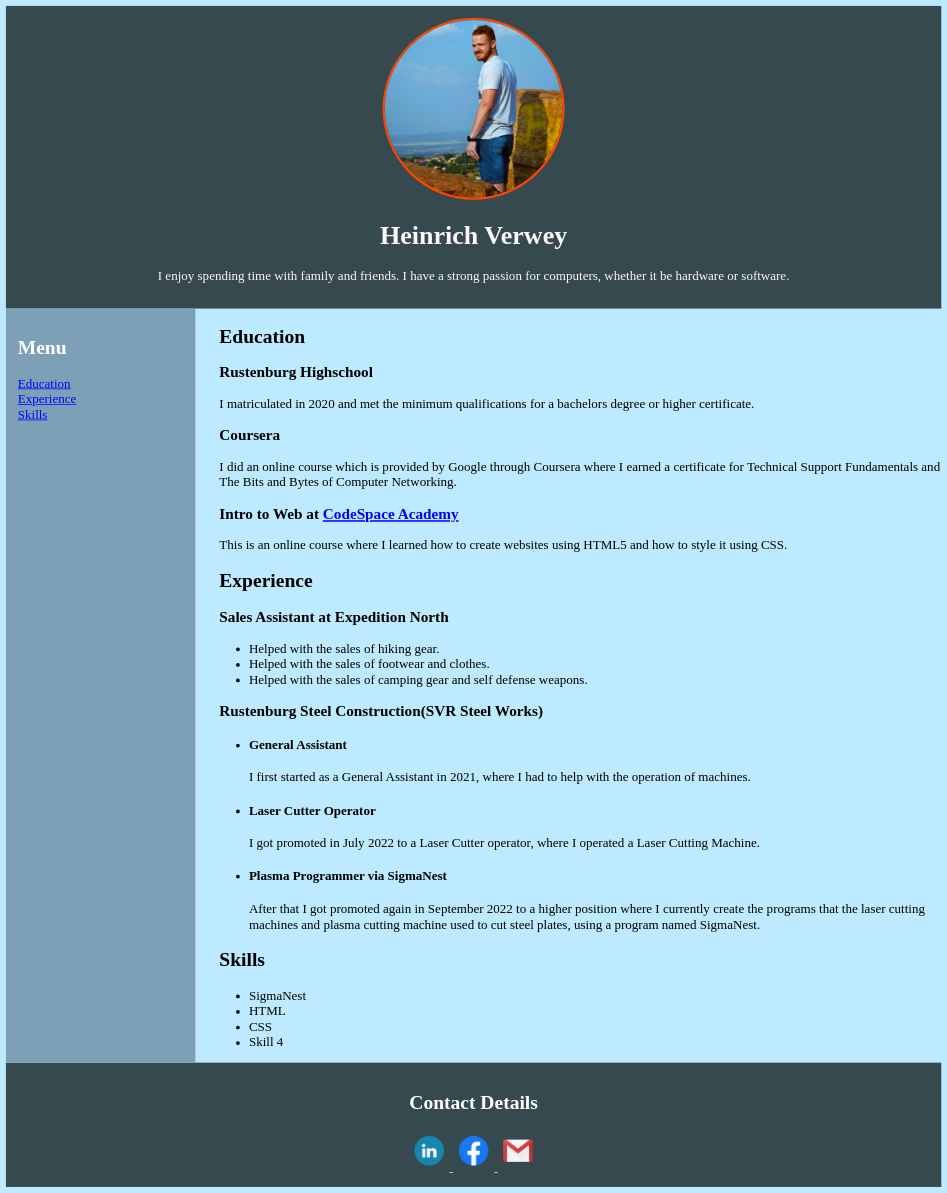
Repository: W3asl3y/IntroToWebDesign
Page: index.html
An editor plug-in stored every save of this project. The page is shown before and after the next save, followed by the edit.
The browser window is 1280 px wide. The pictures show the whole page, at 74% of full size.

Above is the page before, as saved 2022-11-01 22:40:19.

After the next save:
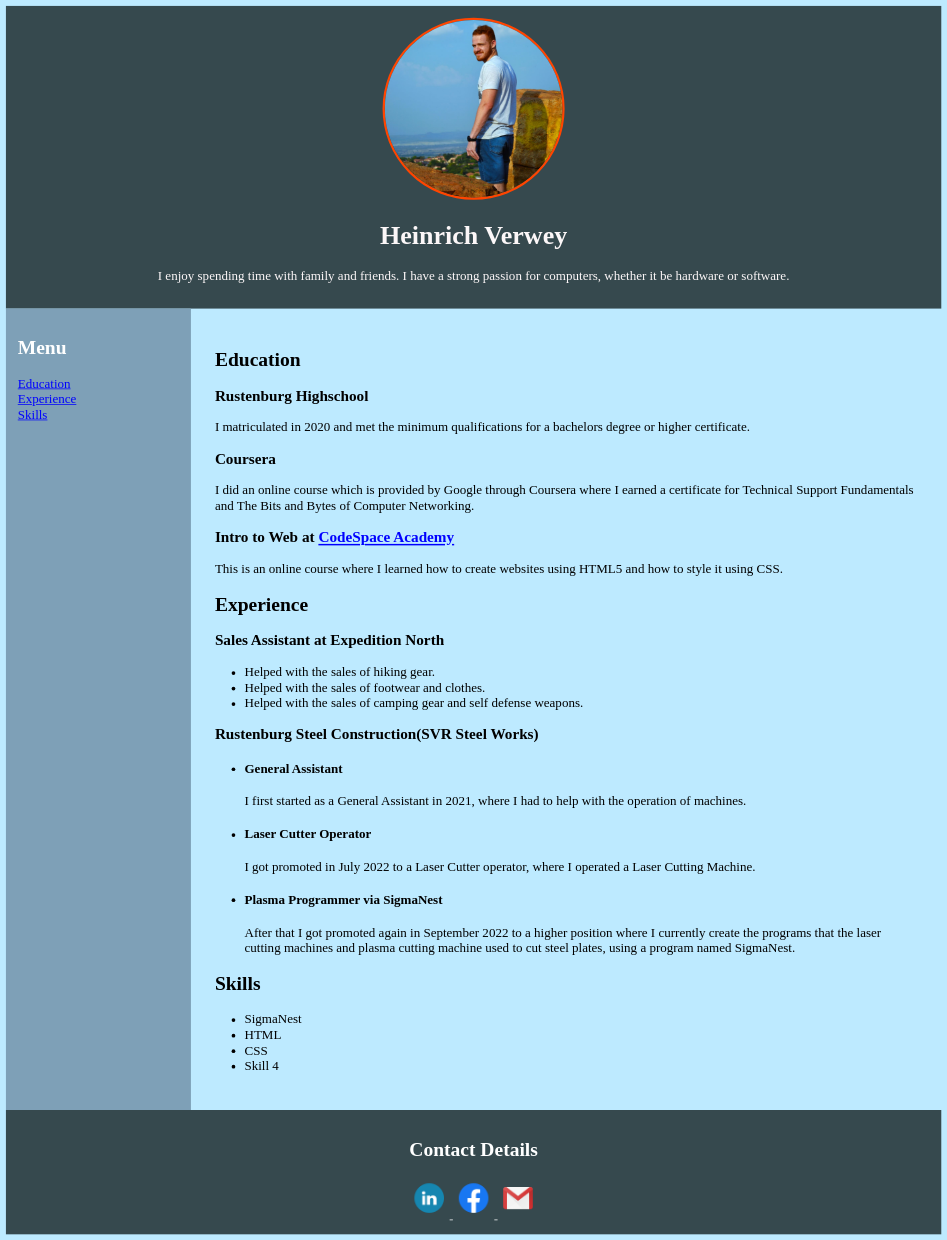
Saved 22 s later.
--- a/CSS/stylesheet.css
+++ b/CSS/stylesheet.css
@@ -43,8 +43,7 @@ header {
 }
 
 #contents {
-     padding-left: 2rem;
-
+     padding: 2rem;
 }
 
 a:link {
